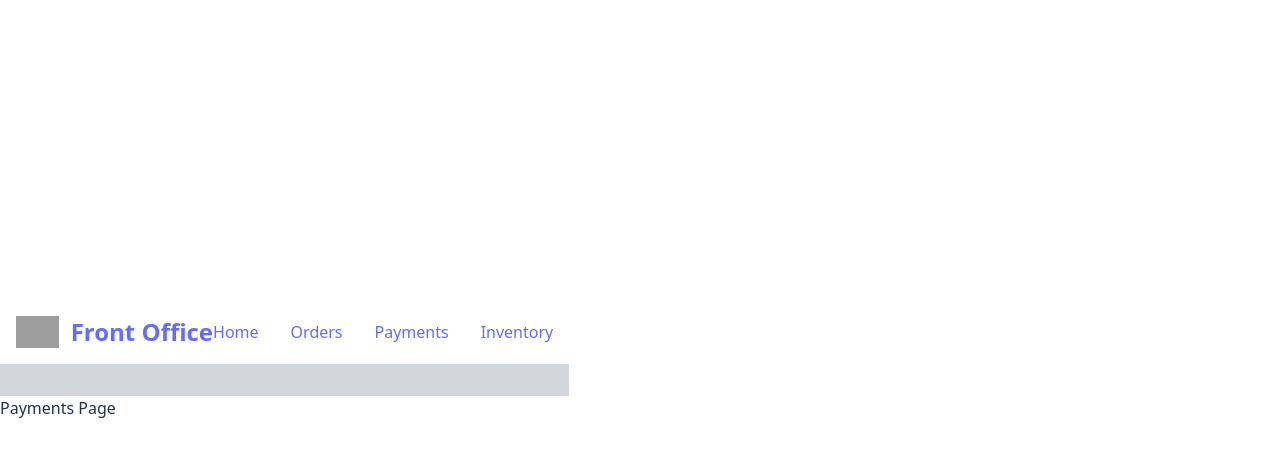
Repository: ib-entreprise/projet-micro-service
Page: /payments (app in front-office/)
These files come from the project's save history. The page is drawn as it stood at one moment and after the next save; the edit follows.
The browser window is 1280 px wide. The pictures show the whole page.
Pictures or frames that could not be fetched are drawn as grey boxes. The project was rebuilt for these pictures with package versions that can differ from the ones it lists, and the page was loaded fresh each time. Also part of the build but not shown: front-office/vite.config.ts.

Above is the page before, as saved 2025-03-19 12:14:34.

### front-office/index.html
<!doctype html>
<html lang="en">
  <head>
    <meta charset="UTF-8" />
    <link rel="icon" type="image/svg+xml" href="/vite.svg" />
    <meta name="viewport" content="width=device-width, initial-scale=1.0" />
    <title>Vite + React + TS</title>
    <script src="https://cdn.jsdelivr.net/npm/@tailwindcss/browser@4"></script>

  </head>
  <body>
    <div id="root"></div>
    <script type="module" src="/src/main.tsx"></script>
  </body>
</html>

### front-office/src/App.tsx
import React from 'react';
import { BrowserRouter as Router, Routes, Route, Link } from 'react-router-dom';
import Nav from './components/nav';
function Home() {
  return <h2>Home Page</h2>;
}

function Orders() {
  return <h2>Orders Page</h2>;
}

function Payments() {
  return <h2>Payments Page</h2>;
}

function Inventory() {
  return <h2>Inventory Page</h2>;
}

function App() {
  return (
    <Router>
      <div className="bg-gray-300 w-full ">
        {/* Menu de navigation */}
          <Nav />

        {/* Contenu principal */}
        <main className="  p-4">

        </main>
      </div>
      <Routes>
            <Route path="/" element={<Home />} />
            <Route path="/orders" element={<Orders />} />
            <Route path="/payments" element={<Payments />} />
            <Route path="/inventory" element={<Inventory />} />
          </Routes>
    </Router>
  );
}

export default App;

### front-office/src/components/nav.tsx
export default function Nav() {
  return (
    <nav className="bg-white border-gray-200 dark:bg-gray-900">
  <div className="max-w-screen-xl flex flex-wrap items-center justify-between mx-auto p-4">
    <a href="/" className="flex items-center space-x-3 rtl:space-x-reverse">
      <img src="https://flowbite.com/docs/images/logo.svg" className="h-8" alt="Flowbite Logo" />
      <span className="self-center text-2xl font-semibold whitespace-nowrap dark:text-white">Front Office</span>
    </a>
    <button
      data-collapse-toggle="navbar-default"
      type="button"
      className="inline-flex items-center p-2 w-10 h-10 justify-center text-sm text-gray-500 rounded-lg md:hidden hover:bg-gray-100 focus:outline-none focus:ring-2 focus:ring-gray-200 dark:text-gray-400 dark:hover:bg-gray-700 dark:focus:ring-gray-600"
      aria-controls="navbar-default"
      aria-expanded="false"
    >
      <span className="sr-only">Open main menu</span>
      <svg
        className="w-5 h-5"
        aria-hidden="true"
        xmlns="http://www.w3.org/2000/svg"
        fill="none"
        viewBox="0 0 17 14"
      >
        <path
          stroke="currentColor"
          strokeLinecap="round"
          strokeLinejoin="round"
          strokeWidth="2"
          d="M1 1h15M1 7h15M1 13h15"
        />
      </svg>
    </button>
    <div className="hidden w-full md:block md:w-auto" id="navbar-default">
      <ul className="font-medium flex flex-col p-4 md:p-0 mt-4 border border-gray-100 rounded-lg bg-gray-50 md:flex-row md:space-x-8 rtl:space-x-reverse md:mt-0 md:border-0 md:bg-white dark:bg-gray-800 md:dark:bg-gray-900 dark:border-gray-700">
        <li>
          <a
            href="/"
            className="block py-2 px-3 text-white bg-blue-700 rounded-sm md:bg-transparent md:text-blue-700 md:p-0 dark:text-white md:dark:text-blue-500"
            aria-current="page"
          >
            Home
          </a>
        </li>
        <li>
          <a
            href="/orders"
            className="block py-2 px-3 text-gray-900 rounded-sm hover:bg-gray-100 md:hover:bg-transparent md:border-0 md:hover:text-blue-700 md:p-0 dark:text-white md:dark:hover:text-blue-500 dark:hover:bg-gray-700 dark:hover:text-white md:dark:hover:bg-transparent"
          >
            Orders
          </a>
        </li>
        <li>
          <a
            href="/payments"
            className="block py-2 px-3 text-gray-900 rounded-sm hover:bg-gray-100 md:hover:bg-transparent md:border-0 md:hover:text-blue-700 md:p-0 dark:text-white md:dark:hover:text-blue-500 dark:hover:bg-gray-700 dark:hover:text-white md:dark:hover:bg-transparent"
          >
            Payments
          </a>
        </li>
        <li>
          <a
            href="/inventory"
            className="block py-2 px-3 text-gray-900 rounded-sm hover:bg-gray-100 md:hover:bg-transparent md:border-0 md:hover:text-blue-700 md:p-0 dark:text-white md:dark:hover:text-blue-500 dark:hover:bg-gray-700 dark:hover:text-white md:dark:hover:bg-transparent"
          >
            Inventory
          </a>
        </li>
      </ul>
    </div>
  </div>
</nav>
  );
}

Loaded but not shown: front-office/src/main.tsx (common file); front-office/src/index.css (common file)

After the next save:
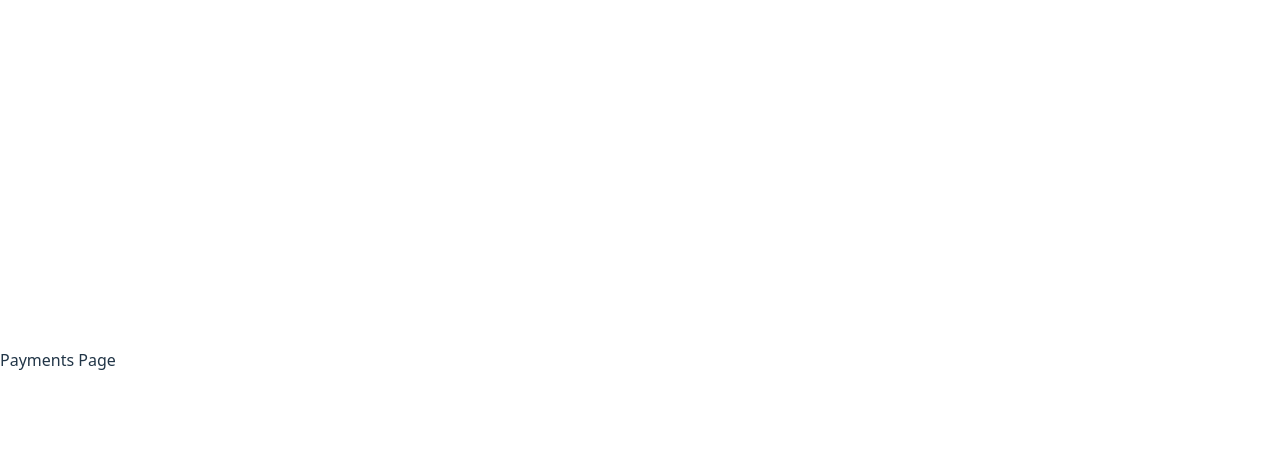
Saved 4 s later.
--- a/front-office/src/App.tsx
+++ b/front-office/src/App.tsx
@@ -20,15 +20,7 @@
 function App() {
   return (
     <Router>
-      <div className="bg-gray-300 w-full ">
-        {/* Menu de navigation */}
-          <Nav />
 
-        {/* Contenu principal */}
-        <main className="  p-4">
-
-        </main>
-      </div>
       <Routes>
             <Route path="/" element={<Home />} />
             <Route path="/orders" element={<Orders />} />

After the save that followed:
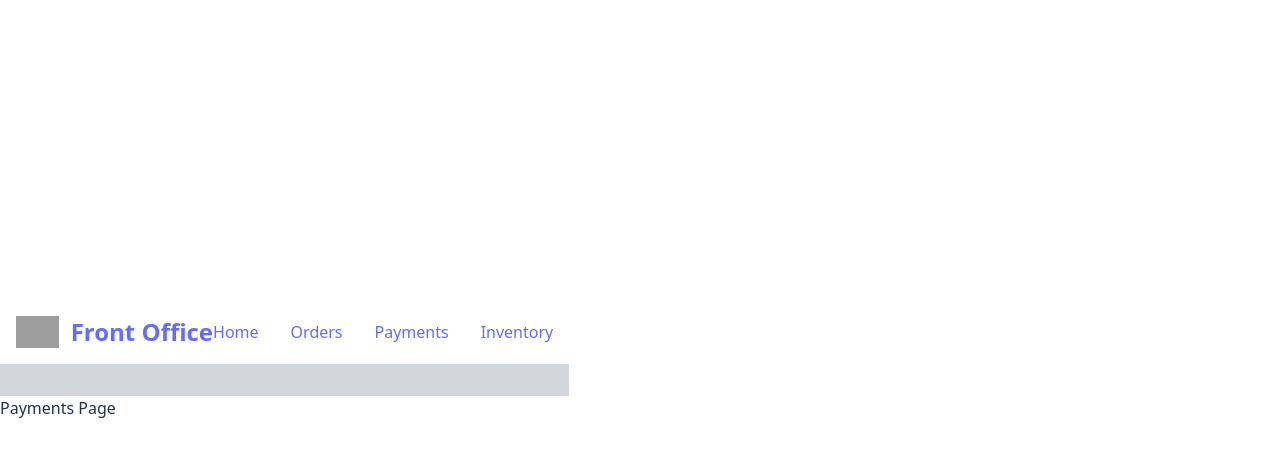
Saved 15 s later.
--- a/front-office/src/App.tsx
+++ b/front-office/src/App.tsx
@@ -20,8 +20,16 @@
 function App() {
   return (
     <Router>
+      <div className="bg-gray-300 w-full ">
+        {/* Menu de navigation */}
+          <Nav />
 
-      <Routes>
+        {/* Contenu principal */}
+        <main className="  p-4">
+
+        </main>
+      </div>
+       <Routes>
             <Route path="/" element={<Home />} />
             <Route path="/orders" element={<Orders />} />
             <Route path="/payments" element={<Payments />} />
